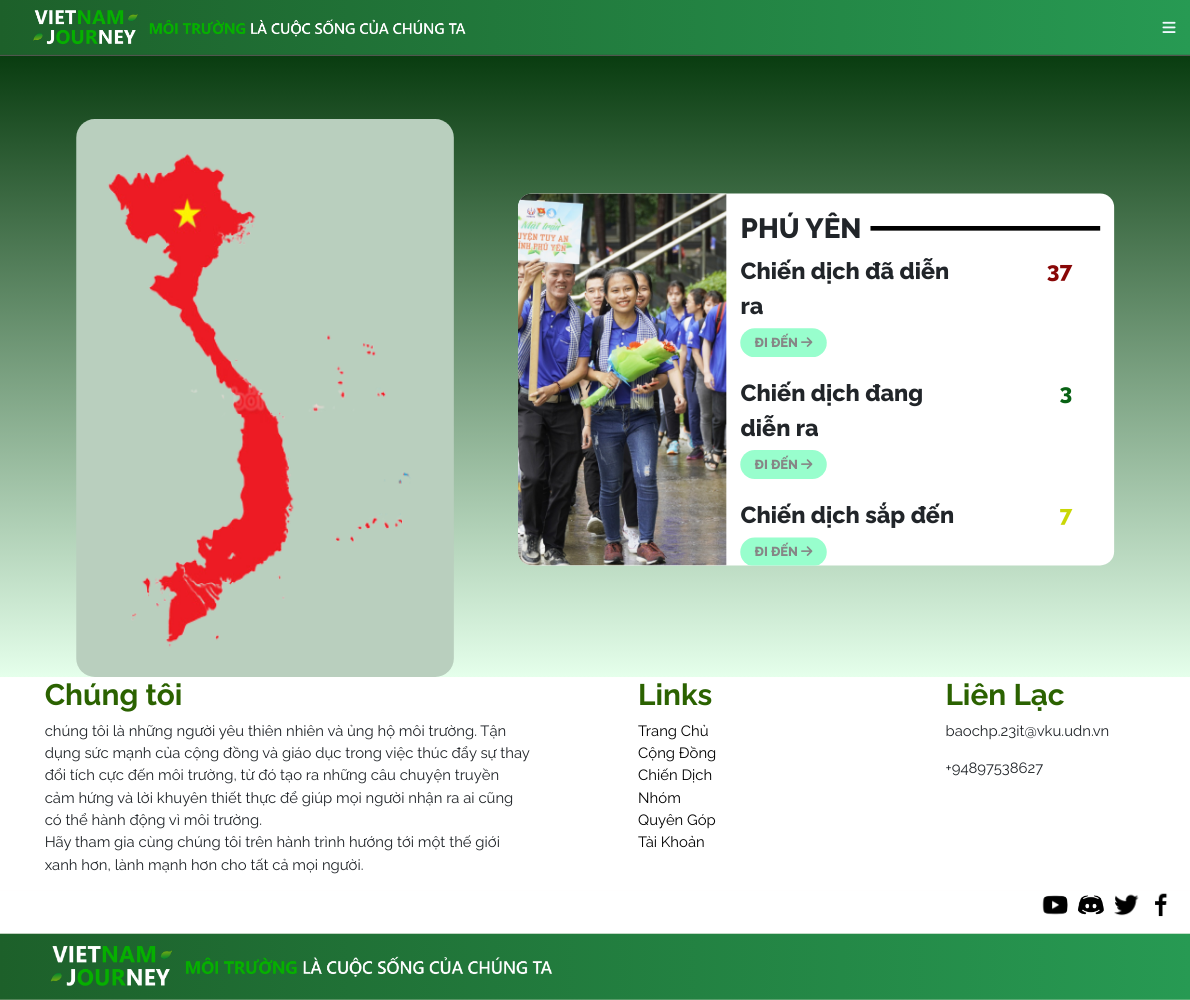
Repository: Boima12/Boima12.github.io_VietnamJourney
Page: HTML/ChienDich/ChienDich.html
The author's editor kept a copy of each file at every save. The page is drawn from the files as they stood at one save, then again after the next save.
The browser window is 1280 px wide. The pictures show the whole page, at 93% of full size.

Above is the page before, as saved 2024-05-25 08:11:44.

After the next save:
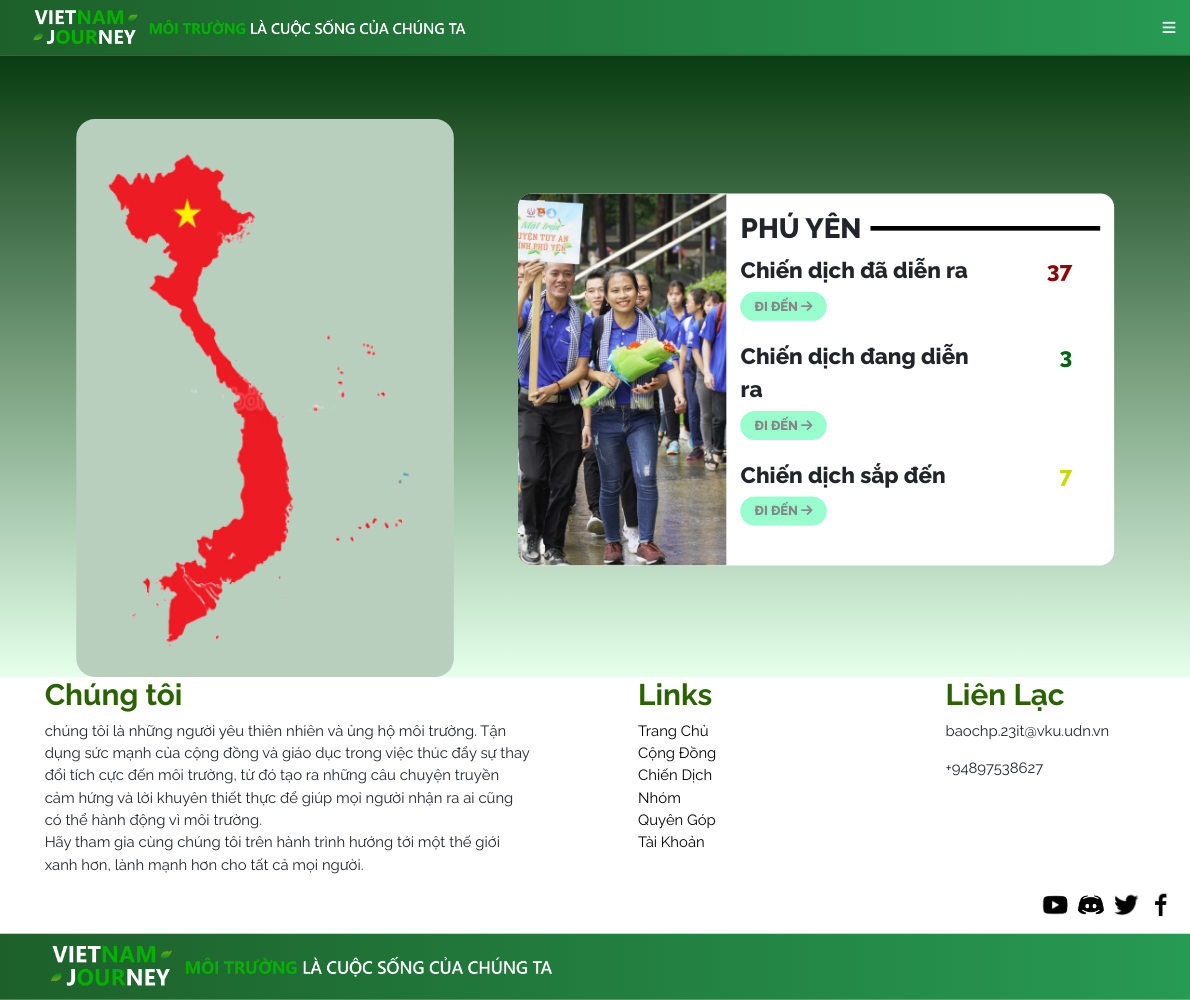
Saved 6 s later.
--- a/HTML/ChienDich/ChienDich.css
+++ b/HTML/ChienDich/ChienDich.css
@@ -262,7 +262,7 @@ header #sidebar div.sidebar-content i {
 }
 
 .right .content .inner-content .part .inner-content .inner-title{
-    font-size: 25px;
+    font-size: 24px;
 }
 
 .right .content .inner-content .part .inner-content .inner-button {
